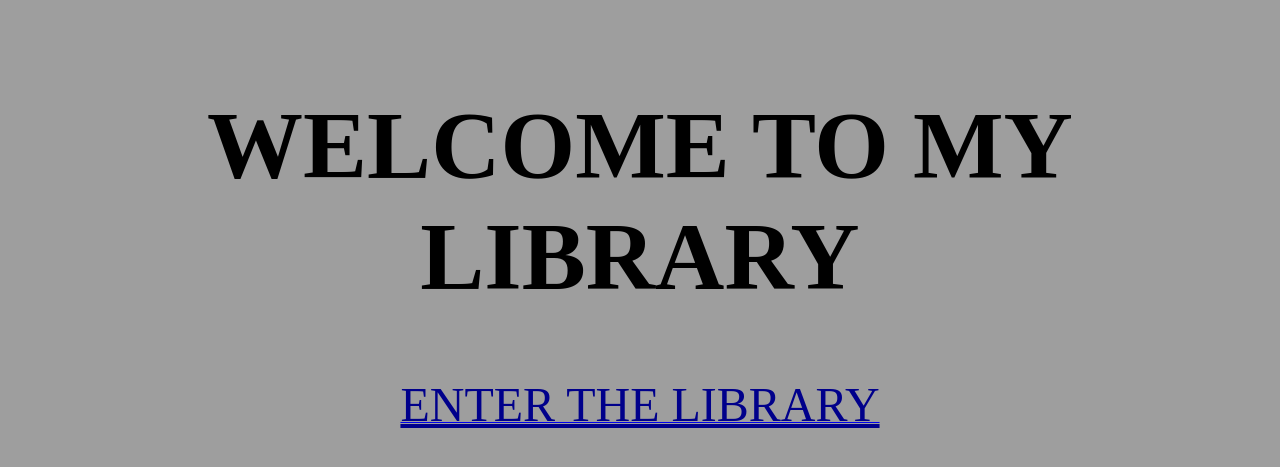
Repository: subhamsourabh265/LibManagementSystemJ2EE-
Page: library/WebContent/mylib.html
These files come from the project's save history. The page is drawn as it stood at one moment and after the next save; the edit follows.
The browser window is 1280 px wide. The pictures show the whole page.

Above is the page before, as saved 2015-07-06 20:06:40.

After the next save:
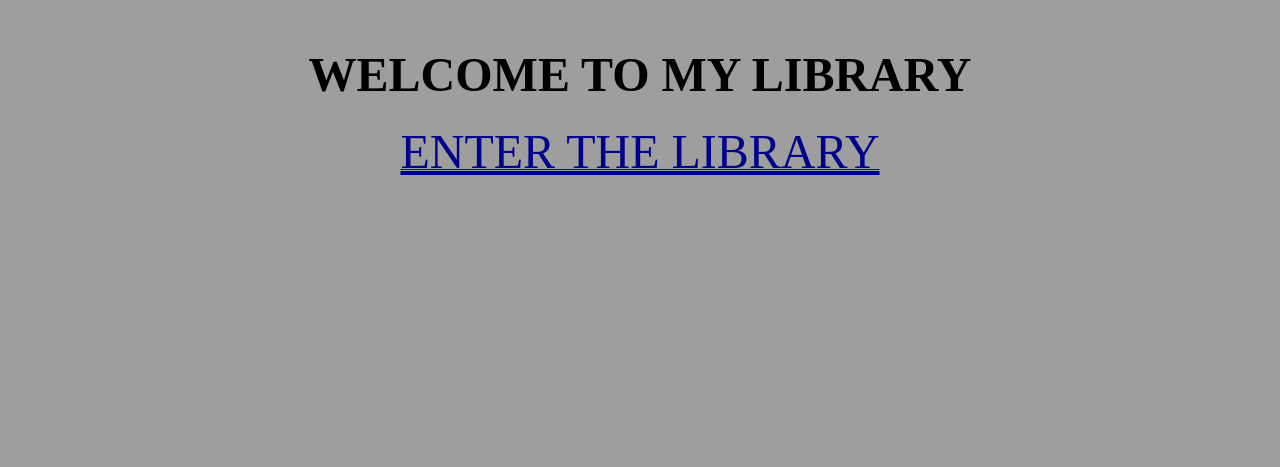
Saved 6 min 23 s later.
--- a/library/WebContent/mylib.html
+++ b/library/WebContent/mylib.html
@@ -5,14 +5,13 @@
 <title>LIBRARY</title>
 </head>
 <body background="F:\IMAGES\wallpaper\rain_drops_wallpaper_plants_nature_wallpaper_1920_1440_1663.jpg"><br>
+<h1 align = center >
 <font size = 7 color = black>
-<h1 align = center >
 <b>
 WELCOME TO MY LIBRARY
 </b>
+</font>
 </h1>
-</font>
-
 <a  href =  "mylogin.html" >
 <p style= "text-align:center" >
 <font size= 12 color = darkblue >
